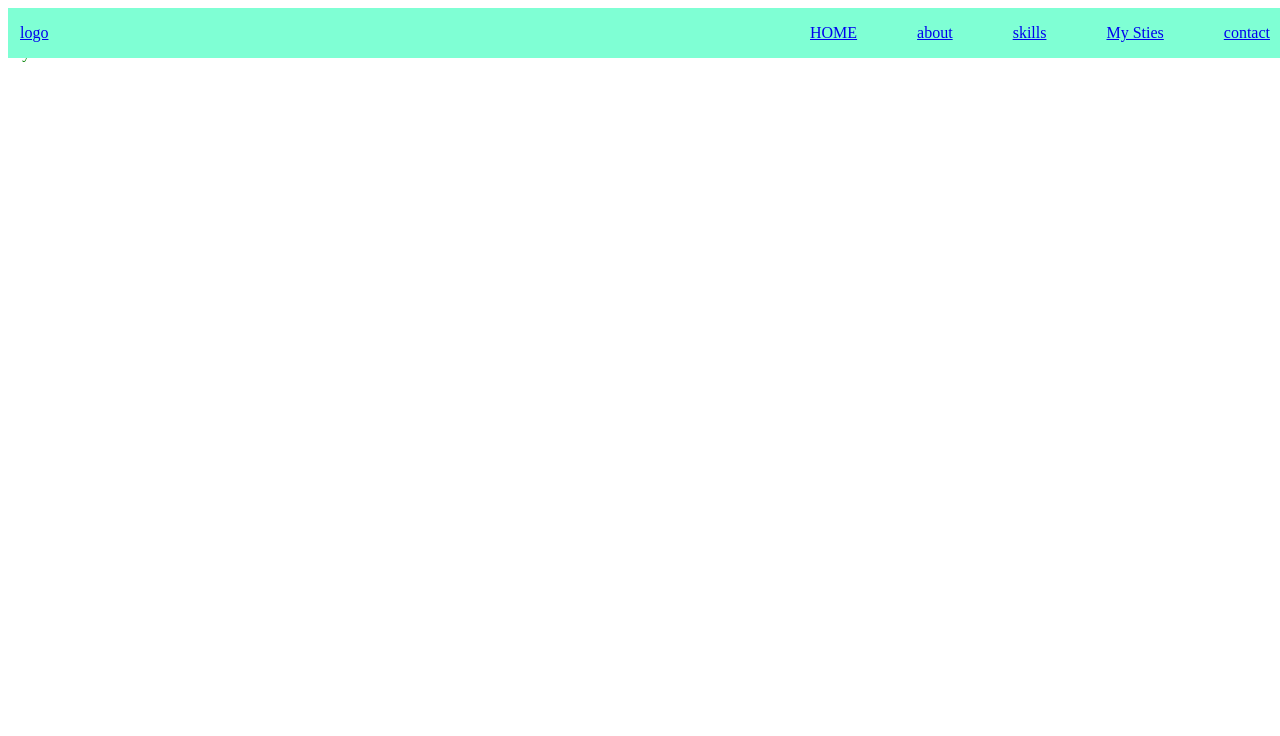
Repository: jun01270/jun
Page: index.html
These files come from the project's save history. The page is drawn as it stood at one moment and after the next save; the edit follows.
The browser window is 1280 px wide. The pictures show the whole page.

Above is the page before, as saved 2023-05-09 11:45:04.

### index.html
<!DOCTYPE html>
<html lang="en">
<head>
    <meta charset="UTF-8">
    <meta http-equiv="X-UA-Compatible" content="IE=edge">
    <meta name="viewport" content="width=device-width, initial-scale=1.0">
    <link rel="stylesheet" href="./css/header.css">
    <link rel="stylesheet" href="./css/home.css">
    <title>Document</title>
</head>
<body>
    <nav class="navbar">
            <div class="logo"><a href="#home">logo</a></div>
            <ul class="menu-bar">
                <li><a href="#home" class="menu-btn" id="homeID">HOME</a></li>
                <li><a href="#about" class="menu-btn" id="homeID">about</a></li>
                <li><a href="#skills" class="menu-btn">skills</a></li>
                <li><a href="#my-sites" class="menu-btn">My Sties</a></li>
                <li><a href="#contact" class="menu-btn">contact</a></li>
            </ul>
    </nav>
    <section class="home" id="home">
        <div class="home-section">
            <div class="text-1">Hello! My Name is</div>
            <div class="text-1">Seong Jun KIM</div>
            <div class="text-1">My skills <span class="typing1">HTML</span></div>
        </div>
    </section>

    <section class="about">
    </section>

    <section class="skills">
    </section>

    <section class="my-sites">
    </section>

    <section class="contact"></section>
</body>
</html>

### css/header.css
html{
    scroll-behavior: smooth;
}

.navbar{
    display: flex;
    justify-content: space-between;
    align-items: center;
    background-color: aquamarine;
    padding: 8px 12px;
    position: fixed;
    width: 100%;
    z-index:999;
}

.menu-bar{
    list-style:none;
    display: flex;
    margin: 0;
    padding-left:0;
}

.menu-bar li{
    padding:8px 30px;
}

.menu-bar li:hover{
    background-color: orange;
    border-radius: 3px;
}

@media screen and (max-width: 700px){
    .navbar{
        flex-direction: column;
        align-items: flex-start;
        margin: 0;
    }

    .menu-bar{
        flex-direction: column;
        align-items: center;
        width: 100%;
    }

    .menu-bar li{
        width: 100%;
        text-align: center;
    }
}

### css/home.css
.home{
    display:flex;
    height: 100vh;
    min-height: 500px;
    color: green;
    background-image: "./img/background.png";
}

After the next save:
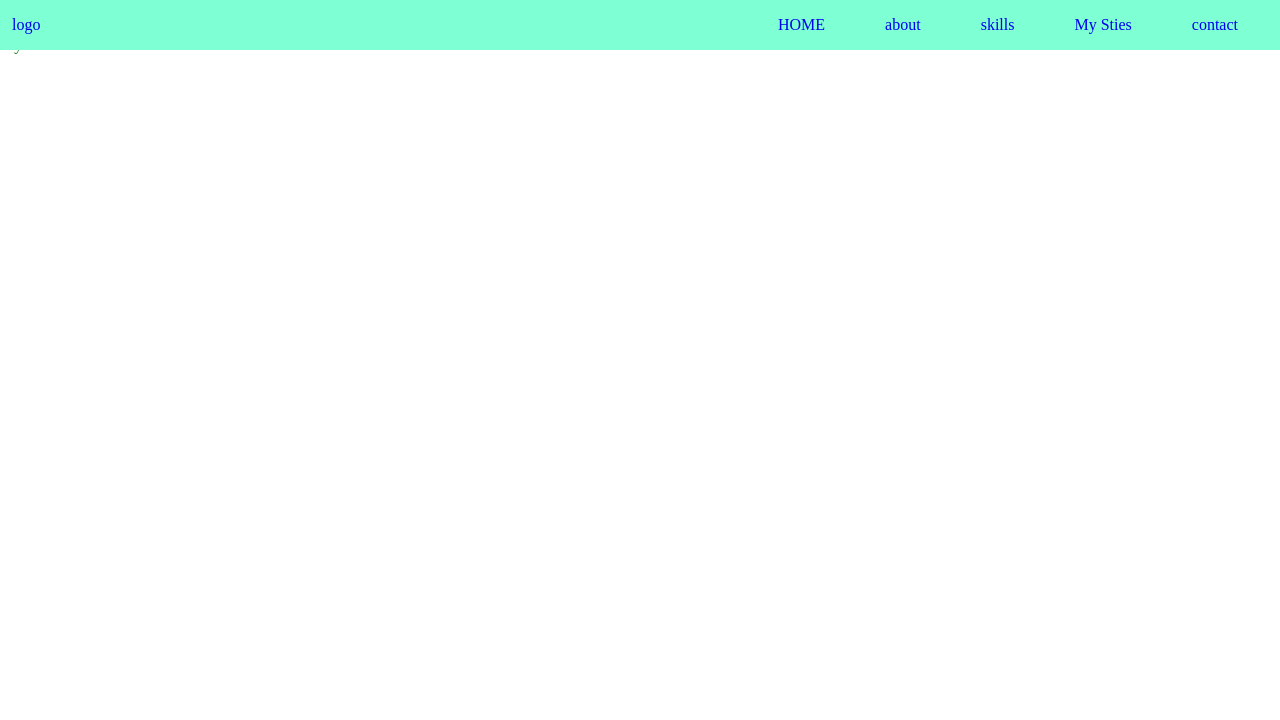
Saved 4 min 21 s later.
--- a/css/header.css
+++ b/css/header.css
@@ -1,3 +1,10 @@
+*{
+    margin: 0;
+    padding: 0;
+    box-sizing: border-box;
+    text-decoration: none;
+}
+
 html{
     scroll-behavior: smooth;
 }
